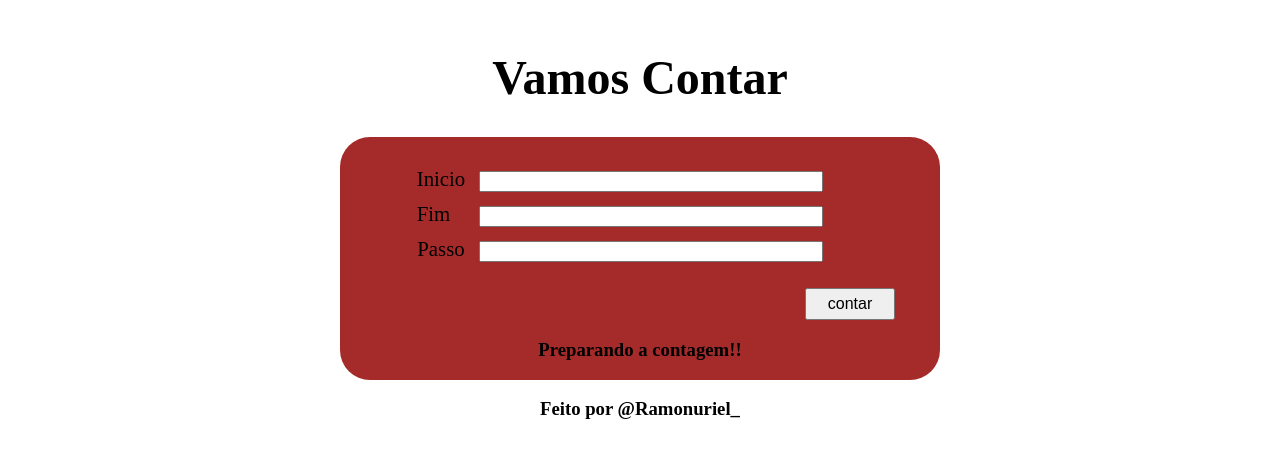
Repository: Ramonuriel/JS-Projetos
Page: Contador automatico/exercicio.html
The author's editor kept a copy of each file at every save. The page is drawn from the files as they stood at one save, then again after the next save.
The browser window is 1280 px wide. The pictures show the whole page.

Above is the page before, as saved 2022-12-27 21:17:04.

After the next save:
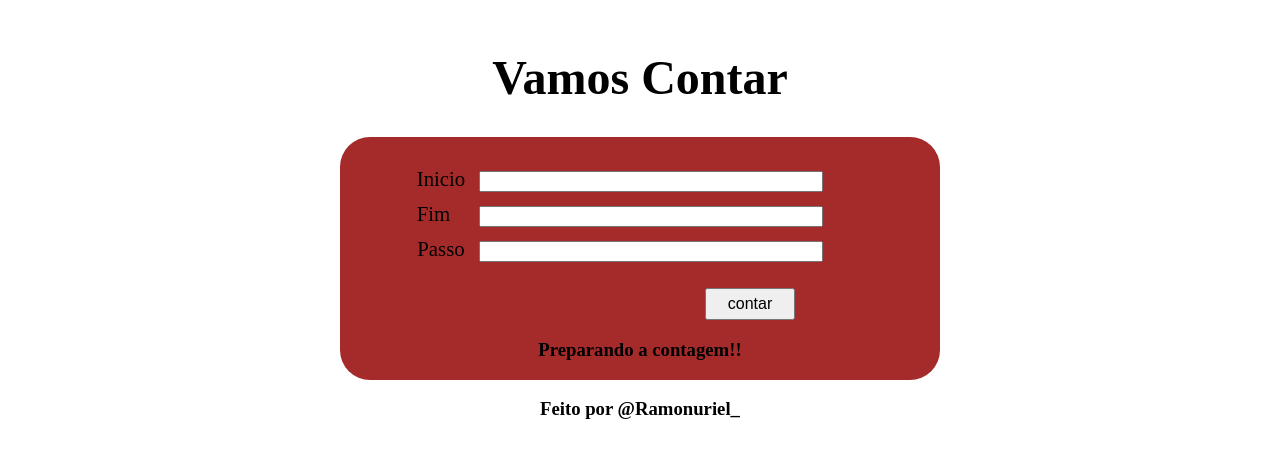
Saved 12 s later.
--- a/Contador automatico/style.css
+++ b/Contador automatico/style.css
@@ -49,7 +49,7 @@ input {
 
 .btn {
   font-size: 1rem;
-  margin-left: 465px;
+  margin-left: 365px;
   width: 15%;
   height: 2rem;
   cursor: pointer;
